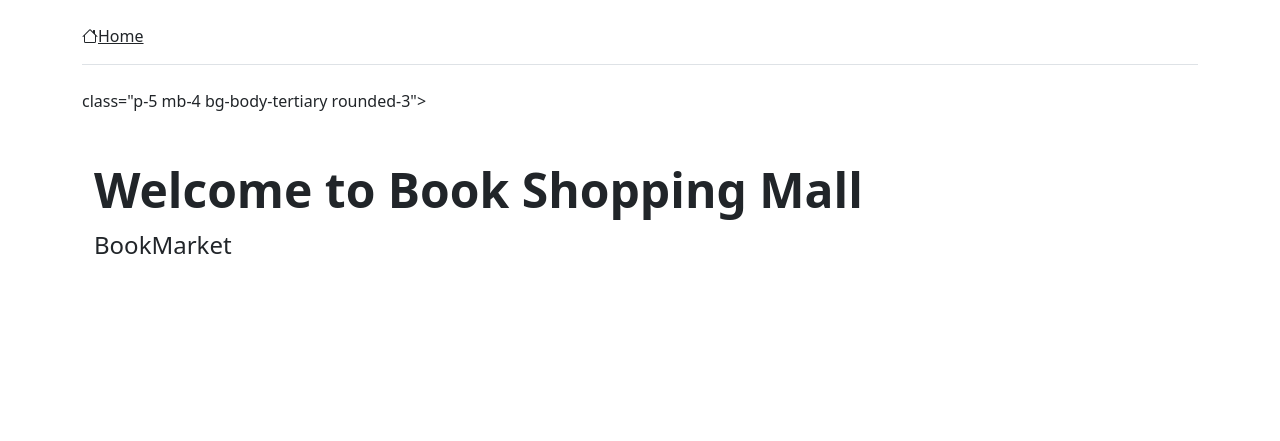
Repository: Sanetuk/jspprojects
Page: http://localhost/bookmarket/menu.jsp
An editor plug-in stored every save of this project. The page is shown before and after the next save, followed by the edit.
The browser window is 1280 px wide. The pictures show the whole page.
The page is served by Tomcat 9. Other server files are loaded and not shown.

Above is the page before, as saved 2024-08-06 08:18:10.

### bookmarket/src/main/webapp/menu.jsp
<%@ page language="java" contentType="text/html; charset=UTF-8"
    pageEncoding="UTF-8"%>
<!DOCTYPE html>
<html>
<head>
<link href="https://cdn.jsdelivr.net/npm/bootstrap@5.0.2/dist/css/bootstrap.min.css"
	rel="stylesheet"
	integrity="sha384-EVSTQN3/azprG1Anm3QDgpJLIm9Nao0Yz1ztcQTwFspd3yD65VohhpuuCOmLASjC"
	crossorigin="anonymous">
<meta charset="UTF-8">
<title>Insert title here</title>
</head>
<body>
	<div class="container py-4">
		<header class="pb-3 mb-4 border-bottom">
			<a href="welcome.jsp" class="d-flex align-items-center text-dark test-decoration-none">
				<svg xmlns="http://www.w3.org/2000/svg" width="16" height="16" fill="currentColor" class="bi bi-house" viewBox="0 0 16 16">
  <path d="M8.707 1.5a1 1 0 0 0-1.414 0L.646 8.146a.5.5 0 0 0 .708.708L2 8.207V13.5A1.5 1.5 0 0 0 3.5 15h9a1.5 1.5 0 0 0 1.5-1.5V8.207l.646.647a.5.5 0 0 0 .708-.708L13 5.793V2.5a.5.5 0 0 0-.5-.5h-1a.5.5 0 0 0-.5.5v1.293zM13 7.207V13.5a.5.5 0 0 1-.5.5h-9a.5.5 0 0 1-.5-.5V7.207l5-5z"/>
</svg>
				<span>Home</span>
			</a>
		</header>
	<%!
		String greeting = "Welcome to Book Shopping Mall";
		String tagline = "Welcome to Wen Market!";
	%>
	<%-- <h1><%= greeting %></h1>
	<h3><%= tagline %></h3> --%>
	<div> class="p-5 mb-4 bg-body-tertiary rounded-3">
		<div class="container-fluid py-5">
			<h1 class="display-5 fw-bold"><%= greeting %></h1>
			<p class="col-md-8 fs-4">BookMarket</p>
		</div>
	</div>

	<div class="row align-items-md-stretch text-center">
		<div class="col-md-12">
			<div class="h-100 p-5>
				<h3><%= tagline %></h3>
			</div>
		</div>
	</div>
</body>
</html>

After the next save:
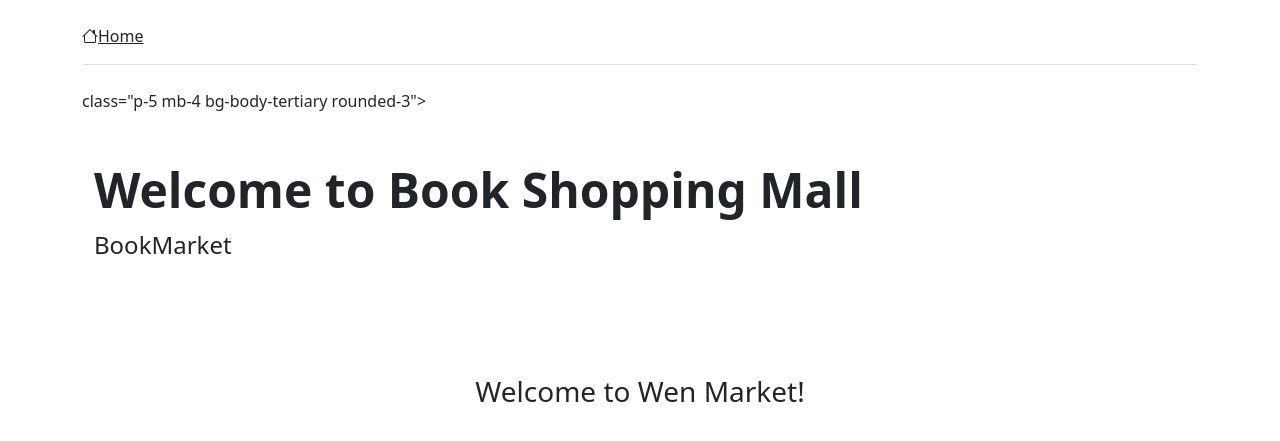
Saved 5 s later.
--- a/bookmarket/src/main/webapp/menu.jsp
+++ b/bookmarket/src/main/webapp/menu.jsp
@@ -35,7 +35,7 @@
 
 	<div class="row align-items-md-stretch text-center">
 		<div class="col-md-12">
-			<div class="h-100 p-5>
+			<div class="h-100 p-5">
 				<h3><%= tagline %></h3>
 			</div>
 		</div>
